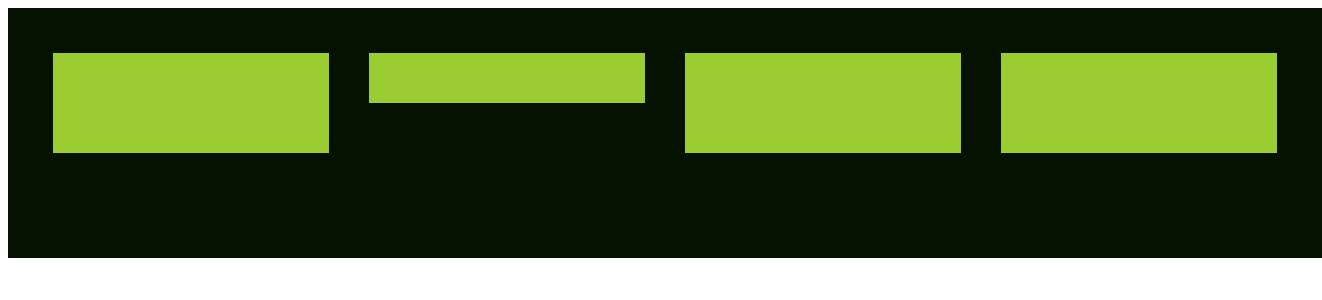
Repository: noahmah/DynamicContentDesign
Page: index.html
An editor plug-in stored every save of this project. The page is shown before and after the next save, followed by the edit.
The browser window is 1280 px wide. The page is 1322 px wide, so the pictures cover 1322 px, including what lies to the right of the window. The pictures show the whole page.

Above is the page before, as saved 2020-02-13 14:32:32.

After the next save:
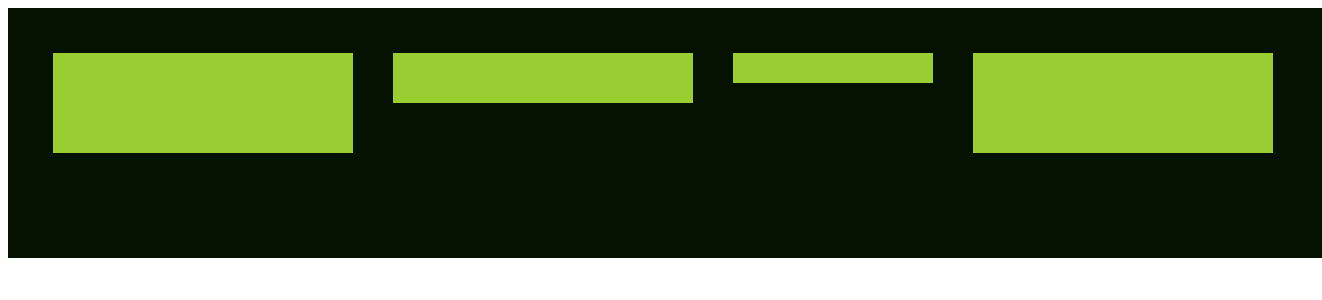
Saved 26 s later.
--- a/footer.css
+++ b/footer.css
@@ -22,8 +22,8 @@
 }
 
 .Object3 {
-    width: 300px;
-    height: 100px;
+    width: 200px;
+    height: 30px;
 }
 
 .Object4 {
